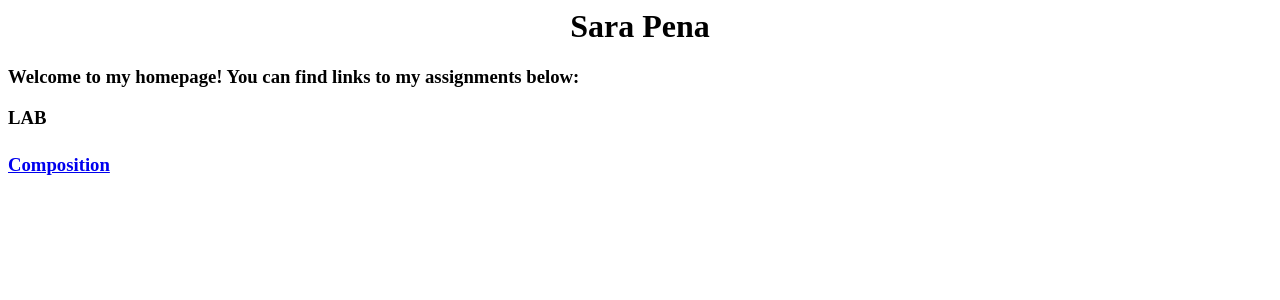
Repository: penas326/penas326.github.io
Page: index.html
The author's editor kept a record of every edit. The page is drawn from the files as they stood at one moment, then again after the next edit.
The browser window is 1280 px wide. The pictures show the whole page.

Above is the page before.

### index.html
<html>

    <head>
        <title>Hello World</title>
    </head>
           <h><strong><h1 align="center"><font face="Futura">Sara Pena</h1>
    <body>
        <p><strong><h3><font face="Futura">Welcome to my homepage! You can find links to my assignments below:</p>
    </body>
        <p>LAB</p>
        <h4><a href="composition/index.html">Composition</a></h4>

</html>

After the next edit:
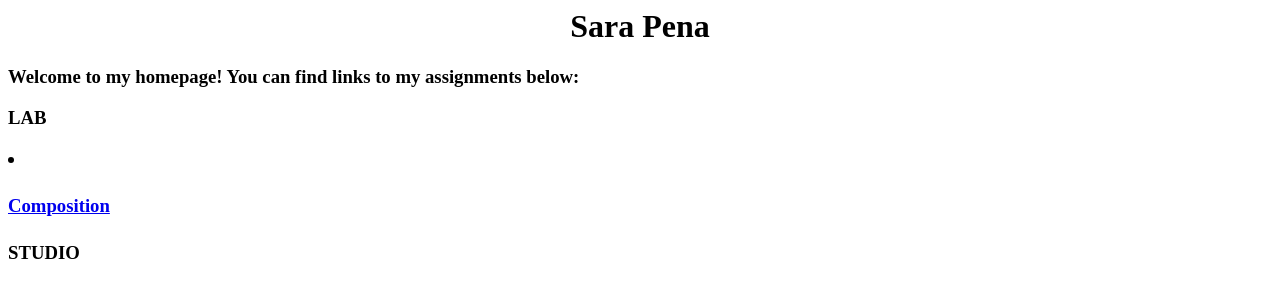
The edit:
--- a/index.html
+++ b/index.html
@@ -6,8 +6,8 @@
            <h><strong><h1 align="center"><font face="Futura">Sara Pena</h1>
     <body>
         <p><strong><h3><font face="Futura">Welcome to my homepage! You can find links to my assignments below:</p>
-    </body>
         <p>LAB</p>
-        <h4><a href="composition/index.html">Composition</a></h4>
+        <li><h4><a href="composition/index.html">Composition</a></h4></li>
+        <p>STUDIO</p>
 
 </html>
